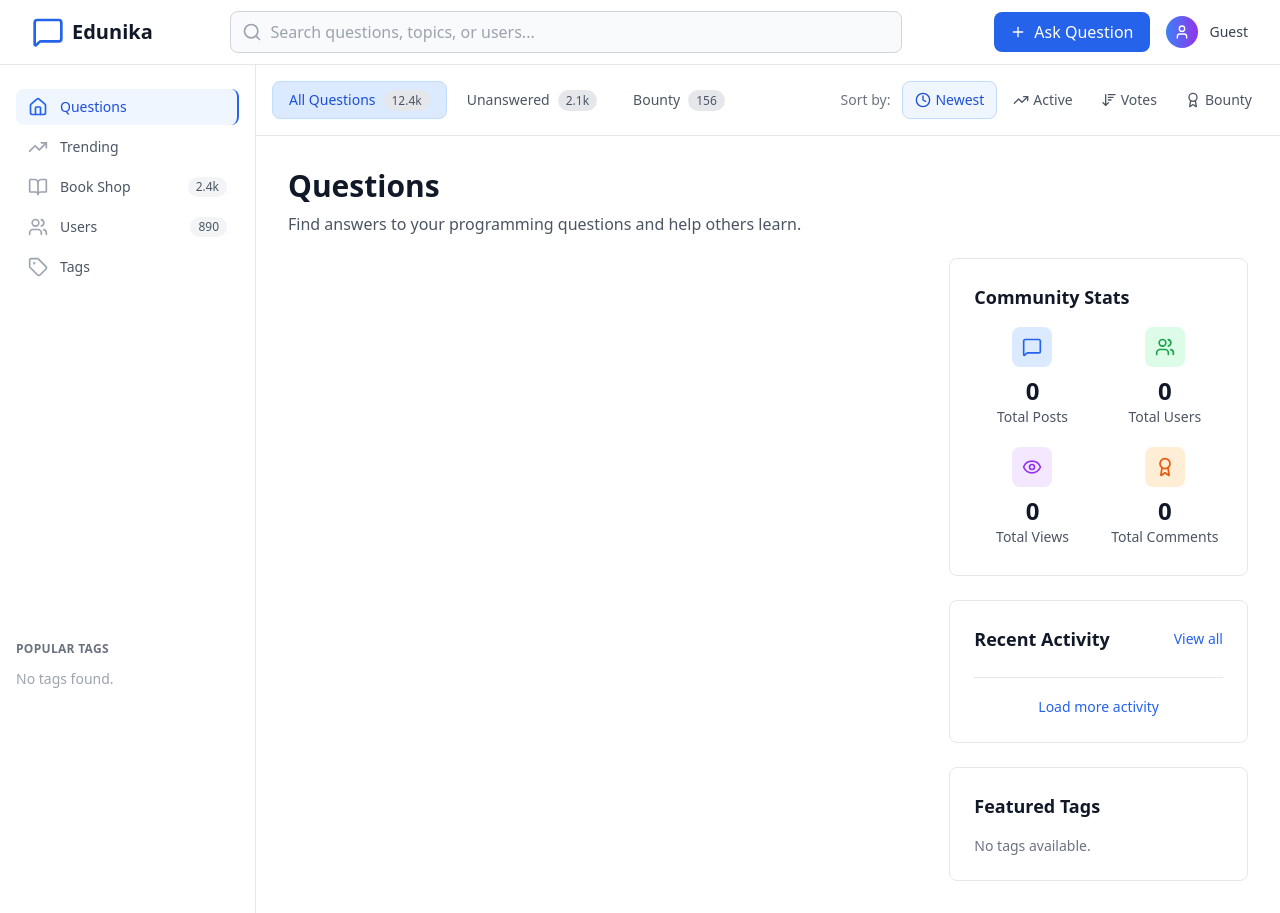
Repository: Ruddro420/forum-front-end
Page: /
These files come from the project's save history. The page is drawn as it stood at one moment and after the next save; the edit follows.
The browser window is 1280 px wide. The pictures show the whole page.
The page's requests for data from a server got no answer. The project was rebuilt for these pictures with package versions that can differ from the ones it lists, and the page was loaded fresh each time. No one was signed in, and anything a server would have sent is missing. Also part of the build but not shown: vite.config.js, src/Pages/Home.jsx, src/components/Question/QuestionCard.jsx, src/components/Question/AddQuestionSidebar.jsx, src/Pages/AskQuestion.jsx, src/Pages/ShopPage.jsx, src/Pages/QuestionDetail.jsx, src/Pages/ChatInterface.jsx and 6 more.

Above is the page before, as saved 2025-08-07 01:28:12.

After the next save:
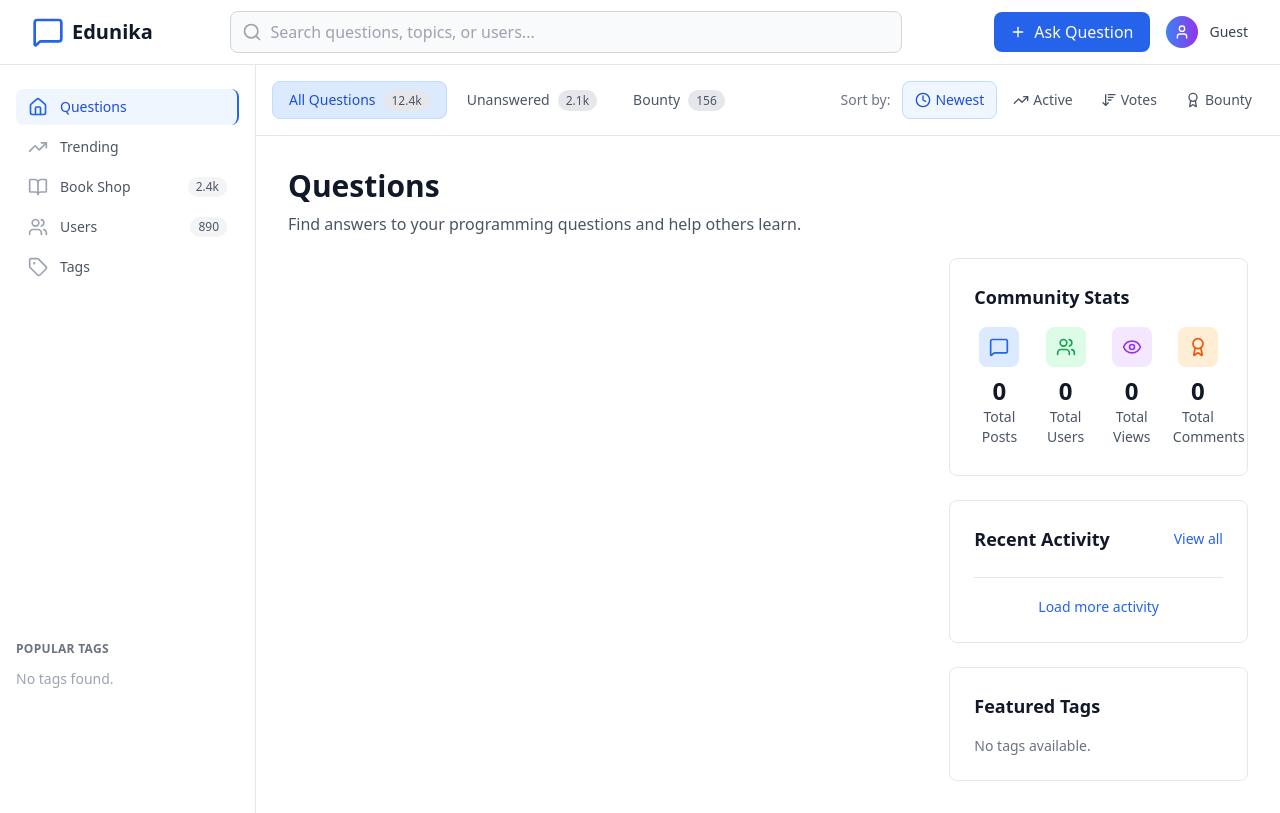
Saved 2 min 24 s later.
--- a/src/components/StatsWidget.jsx
+++ b/src/components/StatsWidget.jsx
@@ -49,7 +49,7 @@ const StatsWidget = () => {
         Community Stats
       </h3>
 
-      <div className="grid grid-cols-2 gap-4">
+      <div className="grid grid-cols-4 gap-4">
         {statsData.map((stat, index) => {
           const Icon = stat.icon;
           return (
